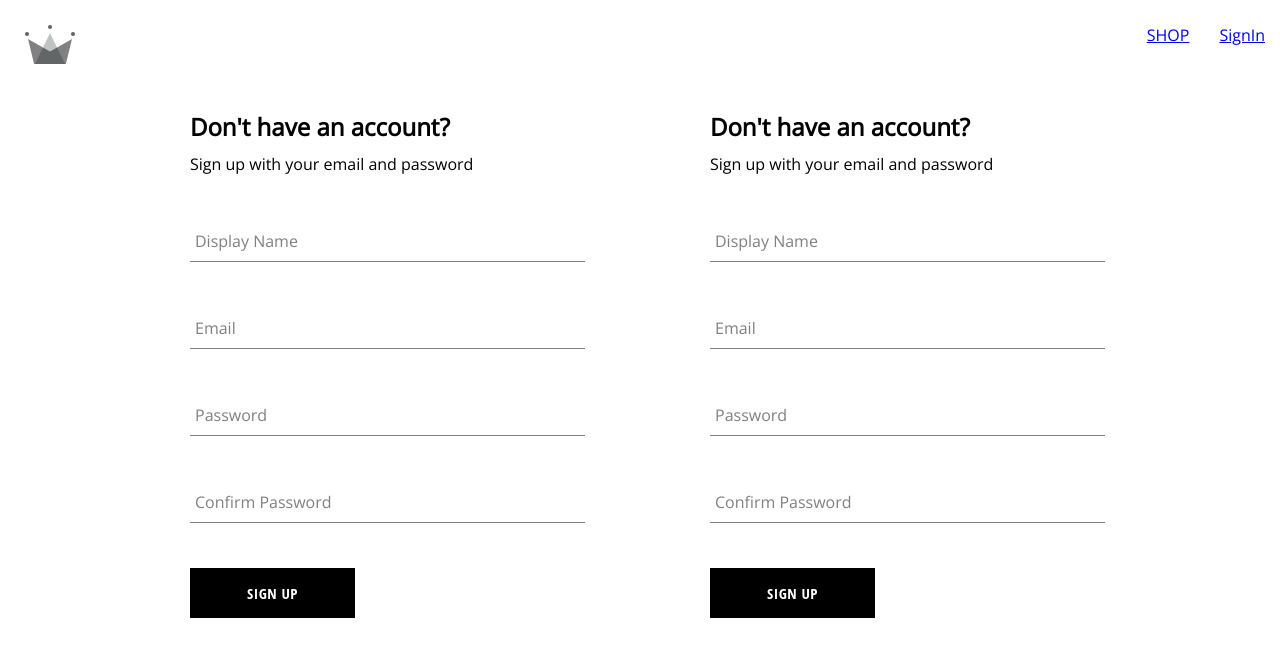
Repository: navetisyan/crwn-clothing-v2
Page: /auth
The author's editor kept a copy of each file at every save. The page is drawn from the files as they stood at one save, then again after a run of saves.
The browser window is 1280 px wide. The pictures show the whole page.
The project was rebuilt for these pictures with package versions that can differ from the ones it lists, and the page was loaded fresh each time. Imported but missing from the stored project, and not drawn on this page: src/reportWebVitals, src/routes/home/home.component.

Above is the page before, as saved 2022-08-21 14:07:57.

After the next 2 saves:
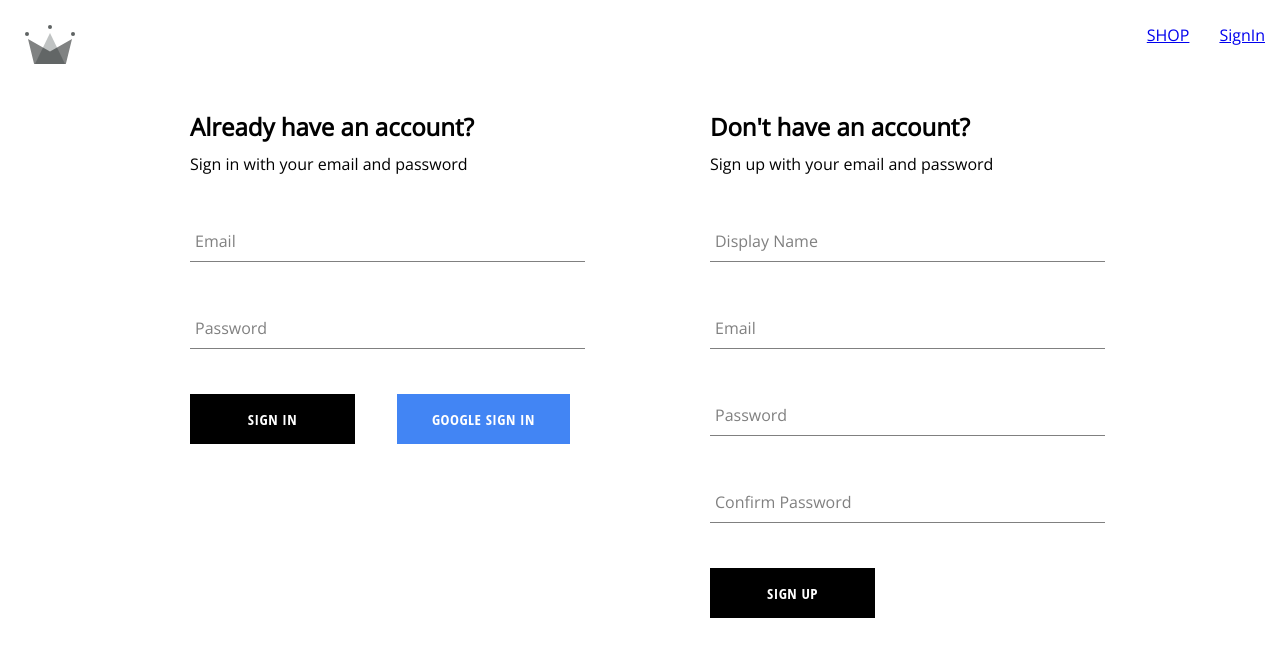
The 2 saves are shown as one change because 1 did not build or start.
The last was saved 2 min 45 s later.
--- a/src/components/sign-in-form/sign-in-form.component.jsx
+++ b/src/components/sign-in-form/sign-in-form.component.jsx
@@ -4,48 +4,51 @@ import FormInput from "../form-input/form-input.component";
 import Button from "../button/button.component";
 
 import {
-  createAuthUserWithEmailAndPassword,
+  signInWithGooglePopup,
   createUserDocumentFromAuth,
+  signInAuthUserWithEmailAndPassword,
 } from "../../utils/firebase/firebase.utils";
 
 import "./sign-in-form.styles.scss";
 
 const defaultFormFields = {
-  displayName: "",
   email: "",
   password: "",
-  confirmPassword: "",
 };
 
 const SignInForm = () => {
   const [formFields, setFormFields] = useState(defaultFormFields);
-  const { displayName, email, password, confirmPassword } = formFields;
+  const { email, password } = formFields;
 
   const resetFormFields = () => {
     setFormFields(defaultFormFields);
   };
 
+  const signInWithGoogle = async () => {
+    const { user } = await signInWithGooglePopup();
+    await createUserDocumentFromAuth(user);
+  };
+
   const handleSubmit = async (event) => {
     event.preventDefault();
 
-    if (password !== confirmPassword) {
-      alert("passwords do not match");
-      return;
-    }
-
     try {
-      const { user } = await createAuthUserWithEmailAndPassword(
+      const response = await signInAuthUserWithEmailAndPassword(
         email,
         password
       );
-
-      await createUserDocumentFromAuth(user, { displayName });
+      console.log(response);
       resetFormFields();
     } catch (error) {
-      if (error.code === "auth/email-already-in-use") {
-        alert("Cannot create user, email already in use");
-      } else {
-        console.log("user creation encountered an error", error);
+      switch (error.code) {
+        case "auth/wrong-password":
+          alert("incorrect password for email");
+          break;
+        case "auth/user-not-found":
+          alert("no user associated with this email");
+          break;
+        default:
+          console.log(error);
       }
     }
   };
@@ -58,18 +61,9 @@ const SignInForm = () => {
 
   return (
     <div className="sign-up-container">
-      <h2>Don't have an account?</h2>
-      <span>Sign up with your email and password</span>
+      <h2>Already have an account?</h2>
+      <span>Sign in with your email and password</span>
       <form onSubmit={handleSubmit}>
-        <FormInput
-          label="Display Name"
-          type="text"
-          required
-          onChange={handleChange}
-          name="displayName"
-          value={displayName}
-        />
-
         <FormInput
           label="Email"
           type="email"
@@ -87,16 +81,12 @@ const SignInForm = () => {
           name="password"
           value={password}
         />
-
-        <FormInput
-          label="Confirm Password"
-          type="password"
-          required
-          onChange={handleChange}
-          name="confirmPassword"
-          value={confirmPassword}
-        />
-        <Button type="submit">Sign Up</Button>
+        <div className="buttons-container">
+          <Button type="submit">Sign In</Button>
+          <Button type="button" buttonType="google" onClick={signInWithGoogle}>
+            Google sign in
+          </Button>
+        </div>
       </form>
     </div>
   );
--- a/src/utils/firebase/firebase.utils.js
+++ b/src/utils/firebase/firebase.utils.js
@@ -67,3 +67,9 @@ export const createAuthUserWithEmailAndPassword = async (email, password) => {
 
   return await createUserWithEmailAndPassword(auth, email, password);
 };
+
+export const signInAuthUserWithEmailAndPassword = async (email, password) => {
+  if (!email || !password) return;
+
+  return await signInWithEmailAndPassword(auth, email, password);
+};
